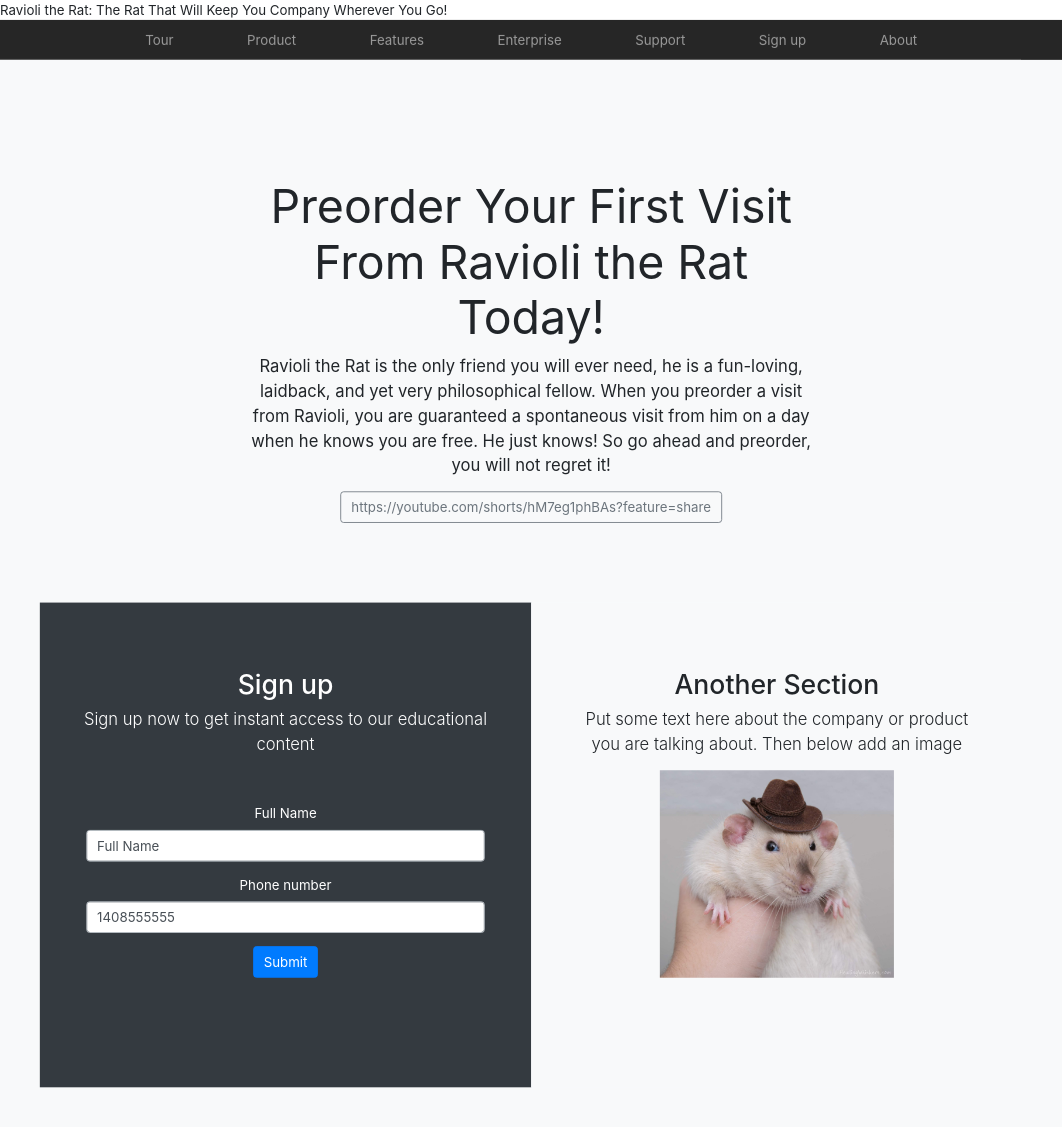
Repository: jesssanchez463/Jess-Sanchez---RESUME
Page: LearnCS8-Twilio/TwilioTemplate/index.html
The author's editor kept a record of every edit. The page is drawn from the files as they stood at one moment, then again after the next edit.
The browser window is 1280 px wide. The pictures show the whole page, at 83% of full size.

Above is the page before.

After the next edit:
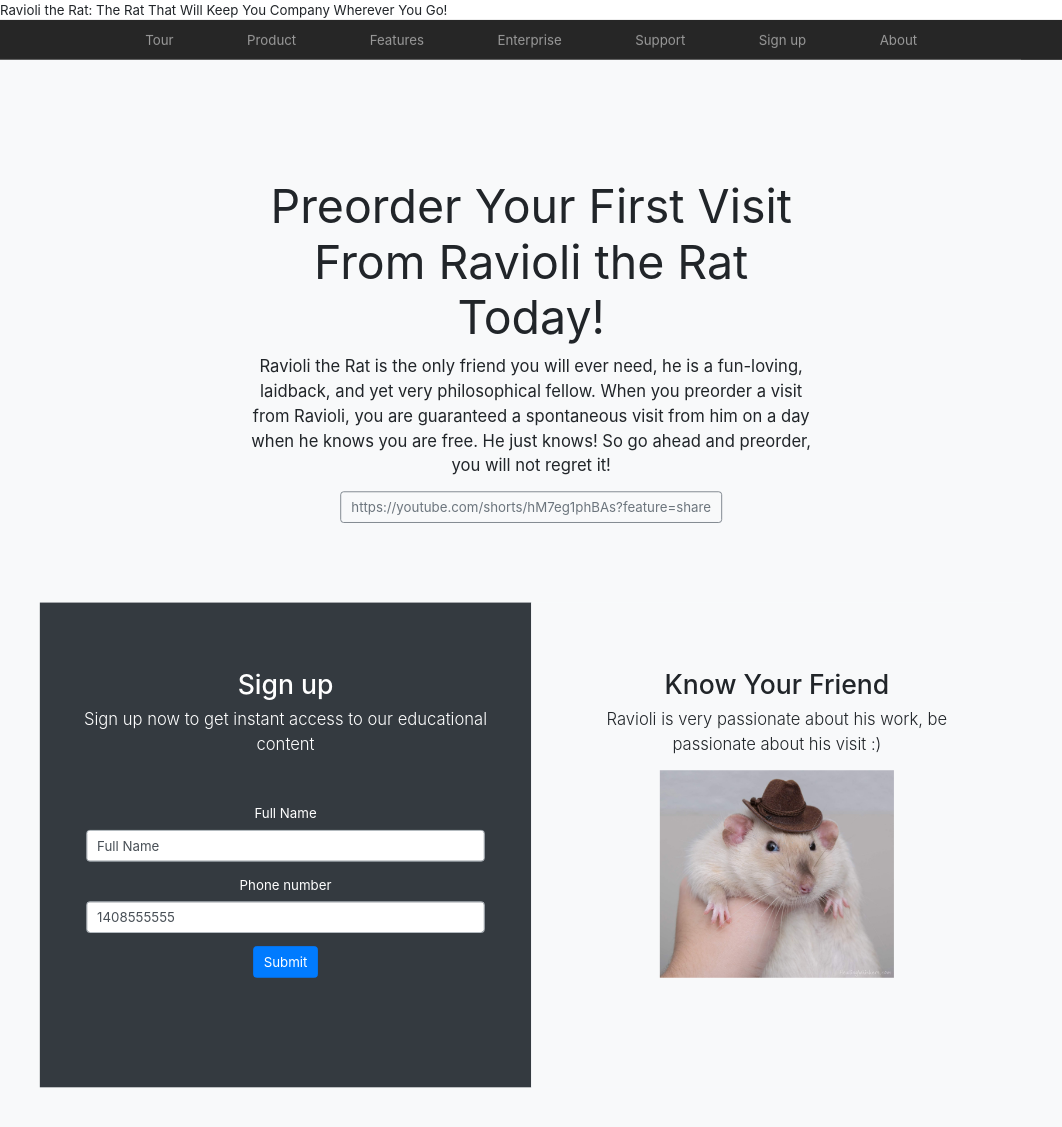
The edit:
--- a/LearnCS8-Twilio/TwilioTemplate/index.html
+++ b/LearnCS8-Twilio/TwilioTemplate/index.html
@@ -77,8 +77,8 @@
 <!-- Right Tile -->
     <div class="bg-light pt-3 px-3 pt-md-5 px-md-5 text-center overflow-hidden">
         <div class="my-3 p-3">
-            <h2 class="display-5">Another Section</h2>
-            <p class="lead">Put some text here about the company or product you are talking about. Then below add an image</p>
+            <h2 class="display-5">Know Your Friend</h2>
+            <p class="lead">Ravioli is very passionate about his work, be passionate about his visit :)</p>
             <img class="mx-auto" src="example_image.jpg" height="250px">
         </div>
         <div class="mx-auto" style="width: 80%; height: 100px; border-radius: 21px 21px 0 0;"></div>
